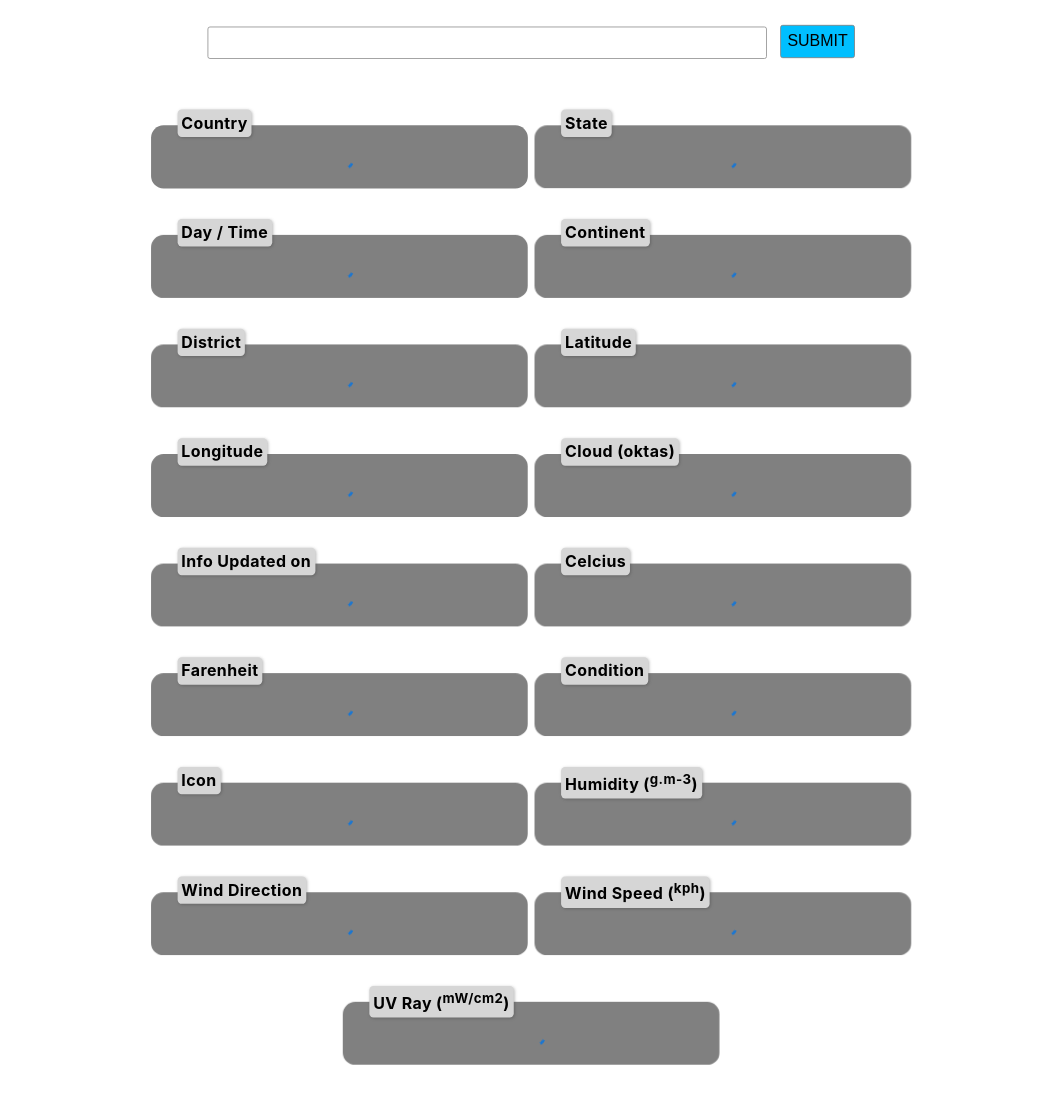
Repository: Imprasna/practising-API
Page: /
These files come from the project's save history. The page is drawn as it stood at one moment and after a run of saves; the edit follows.
The browser window is 1280 px wide. The pictures show the whole page, at 83% of full size.
The project was rebuilt for these pictures with package versions that can differ from the ones it lists, and the page was loaded fresh each time. Also part of the build but not shown: src/component/Country.js, src/component/Region.js, src/component/Time.js, src/component/Continent.js, src/component/District.js, src/component/Cloud.js, src/component/UpdatedWeather.js, src/component/Celcius.js and 9 more.

Above is the page before, as saved 2021-11-11 23:48:46.

### src/App.js
import './App.css';
import Get from './Get'

function App() {
  return (
    <div className="App">
      <Get />
    </div>
  );
}

export default App;

### src/Get.js
import React, { useState } from "react";
import axios from "axios";
// import moment from 'moment';
import Country from "./component/Country";
import Region from "./component/Region";
import Time from "./component/Time";
import Continent from "./component/Continent";
import District from "./component/District";
import Cloud from "./component/Cloud";
import UpdatedWeather from "./component/UpdatedWeather";
import Celcius from "./component/Celcius";
import Farenheit from "./component/Farenheit";
import Latitude from "./component/Latitude";
import Longitude from "./component/Longitude";
import Condition from "./component/Condition";
import Icon from "./component/Icon";
import Humidity from "./component/Humidity";
import WindDirection from "./component/WindDirection";
import WindSpeed from "./component/WindSpeed";
import Uv from "./component/Uv";
import "./component/style.css";
import CircularProgress from '@mui/material/CircularProgress';
import LinearProgress from '@mui/material/LinearProgress';



const Get = () => {
	const [getPost, setGetPost] = useState([]);
	const [loading, setLoading] = useState(false);
	const [values, setValues] = useState({ cities: "" });

	React.useEffect =
		(() => {
			getData();

			const CName = () => {
				setGetPost(getPost);
			};
			CName();
		},
		[]);

		const getData = async () =>
		{
		const city = values.cities;
		try {
			const res = await axios.get(
				`http://api.weatherapi.com/v1/current.json?key=b572a200fc624a6a85671436211310&q=${city}&aqi=yes`
			);
			// console.log(res.data.current);
			// console.log(res.data.location);
			setGetPost(res.data);
			setLoading(true);
			console.log(getPost);
			// console.log(res.data.current);
			// setGetPost({res});
		} catch (err) {
			console.log(err);
		}
	};
	console.log(getPost);

	const onChangeHandler = (e) => {
		const name = e.target.name;
		const value = e.target.value;

		// here values is the state name
		let inputValues = values;
		inputValues[name] = value;
		setValues({ ...inputValues });
	};

	return (
		<>
			<input
				className="search-box"
				type="text"
				value={values.cities}
				name="cities"
				onChange={(e) => onChangeHandler(e)}
			/>
			<button className="button" onClick={getData}>
				Submit
			</button>

			<div className="whole">
				<div className="Country">
					{loading ? (<Country CName={getPost} />) : (<CircularProgress />)}
					<h1>Country</h1>
				</div>

				<div className="region">
				{loading ? (<Region CName={getPost} />) : (<CircularProgress />) }
					<h1>State</h1>

				</div>

				<div className="time">
				{loading ? (<Time CName={getPost} />) : (<CircularProgress />) }
					<h1>Day / Time</h1>

				</div>

				<div className="continent">
				{loading ? (<Continent CName={getPost} />) : (<CircularProgress />) }
					<h1>Continent</h1>

				</div>

				<div className="district">
				{loading ? (<District CName={getPost} />) : (<CircularProgress />) }
					<h1>District</h1>

				</div>

				<div className="lat">
				{loading ? (<Latitude CName={getPost} />) : (<CircularProgress />) }
					<h1>Latitude</h1>

				</div>

				<div className="lon">
				{loading ? (<Longitude CName={getPost} />) : (<CircularProgress />) }
					<h1>Longitude</h1>

				</div>

				<div className="cloud">
				{loading ? (<Cloud CName={getPost} />) : (<CircularProgress />) }
					<h1>Cloud (oktas)</h1>

				</div>

				<div className="upt">
				{loading ? (<UpdatedWeather CName={getPost} />) : (<CircularProgress />) }
					<h1>Info Updated on</h1>

				</div>

				<div className="cel">
				{loading ? (<Celcius CName={getPost} />) : (<CircularProgress />) }
					<h1>Celcius</h1>

				</div>

				<div className="far">
				{loading ? (<Farenheit CName={getPost} />) : (<CircularProgress />) }
					<h1>Farenheit</h1>

				</div>

				<div className="cond">
				{loading ? (<Condition CName={getPost} />) : (<CircularProgress />) }
					<h1>Condition</h1>

				</div>

				<div className="icon">
				{loading ? (<Icon CName={getPost} />) : (<CircularProgress />) }
					<h1>Icon</h1>

				</div>

				<div className="hum">
				{loading ? (<Humidity CName={getPost} />) : (<CircularProgress />) }
					<h1>
						Humidity (<sup>g.m-3</sup>)
					</h1>

				</div>


				<div className="wd">
				{loading ? (<WindDirection CName={getPost} />) : (<CircularProgress />) }
					<h1>Wind Direction</h1>

				</div>

				<div className="ws">
				{loading ? (<WindSpeed CName={getPost} />) : (<CircularProgress />) }
					<h1>
						Wind Speed (<sup>kph</sup>)
					</h1>

				</div>

				<div className="uv">
				{loading ? (<Uv CName={getPost} />) : (<CircularProgress />) }
					<h1>
						UV Ray (<sup>mW/cm2</sup>)
					</h1>

				</div>
			</div>
		</>
	);
};

export default Get;

### src/component/style.css
.whole {
    width: 100%;
    height: 100%;
    display: flex;
    justify-content: center;
    align-items: center;
    flex-wrap: wrap;
    gap: .5rem;
    margin-bottom: 4rem;
}

.search-box {
    width: 50%;
    padding: .5rem 1rem;
    border-radius: 3px;
    border: 1px solid #929292;
    outline: none;
    font-size: 1rem;
    line-height: 1.3em;
    margin: 0 auto;
    margin-bottom: 2rem;
    margin-top: 2rem;
    margin-right: 1rem;
    text-transform: uppercase;
}

.button {
    padding: .5rem;
    outline: none;
    border: 1px solid gray;
    cursor: pointer;
    font-size: 1.2rem;
    text-transform: uppercase;
    border-radius: 3px;
    background: deepskyblue;
}

.Country {
    width: 33%;
    color: #fff;
    padding: 1rem;
    border-radius: 15px;
    background-color: gray;
    position: relative;
    font-size: 1.1rem;
    font-weight: 600;
    letter-spacing: .5px;
    margin-top: 3rem;
}

.Country > h1 {
    position: absolute;
    top: -2rem;
    left: 2rem;
    padding: .3rem;
    background-color: #d6d6d6;
    border-radius: 5px;
    font-size: 1.2rem;
    filter: drop-shadow(1px 1px 2px rgba(44, 44, 44, 0.342));
    color: #000;
}

.region {
    width: 33%;
    color: #fff;
    padding: 1rem;
    border-radius: 15px;
    background-color: gray;
    position: relative;
    font-size: 1.1rem;
    font-weight: 600;
    letter-spacing: .5px;
    margin-top: 3rem;
}

.region > h1 {
    position: absolute;
    top: -2rem;
    left: 2rem;
    padding: .3rem;
    background-color: #d6d6d6;
    border-radius: 5px;
    font-size: 1.2rem;
    filter: drop-shadow(1px 1px 2px rgba(44, 44, 44, 0.342));
    color: #000;
}

.time {
    width: 33%;
    color: #fff;
    padding: 1rem;
    border-radius: 15px;
    background-color: gray;
    position: relative;
    font-size: 1.1rem;
    font-weight: 600;
    letter-spacing: .5px;
    margin-top: 3rem;
}

.time > h1 {
    position: absolute;
    top: -2rem;
    left: 2rem;
    padding: .3rem;
    background-color: #d6d6d6;
    border-radius: 5px;
    font-size: 1.2rem;
    filter: drop-shadow(1px 1px 2px rgba(44, 44, 44, 0.342));
    color: #000;
}

.continent {
    width: 33%;
    color: #fff;
    padding: 1rem;
    border-radius: 15px;
    background-color: gray;
    position: relative;
    font-size: 1.1rem;
    font-weight: 600;
    letter-spacing: .5px;
    margin-top: 3rem;
}

.continent > h1 {
    position: absolute;
    top: -2rem;
    left: 2rem;
    padding: .3rem;
    background-color: #d6d6d6;
    border-radius: 5px;
    font-size: 1.2rem;
    filter: drop-shadow(1px 1px 2px rgba(44, 44, 44, 0.342));
    color: #000;
}

.district {
    width: 33%;
    color: #fff;
    padding: 1rem;
    border-radius: 15px;
    background-color: gray;
    position: relative;
    font-size: 1.1rem;
    font-weight: 600;
    letter-spacing: .5px;
    margin-top: 3rem;
}

.district > h1 {
    position: absolute;
    top: -2rem;
    left: 2rem;
    padding: .3rem;
    background-color: #d6d6d6;
    border-radius: 5px;
    font-size: 1.2rem;
    filter: drop-shadow(1px 1px 2px rgba(44, 44, 44, 0.342));
    color: #000;
}

.lat {
    width: 33%;
    color: #fff;
    padding: 1rem;
    border-radius: 15px;
    background-color: gray;
    position: relative;
    font-size: 1.1rem;
    font-weight: 600;
    letter-spacing: .5px;
    margin-top: 3rem;
}

.lat > h1 {
    position: absolute;
    top: -2rem;
    left: 2rem;
    padding: .3rem;
    background-color: #d6d6d6;
    border-radius: 5px;
    font-size: 1.2rem;
    filter: drop-shadow(1px 1px 2px rgba(44, 44, 44, 0.342));
    color: #000;
}

.lon {
    width: 33%;
    color: #fff;
    padding: 1rem;
    border-radius: 15px;
    background-color: gray;
    position: relative;
    font-size: 1.1rem;
    font-weight: 600;
    letter-spacing: .5px;
    margin-top: 3rem;
}

.lon > h1 {
    position: absolute;
    top: -2rem;
    left: 2rem;
    padding: .3rem;
    background-color: #d6d6d6;
    border-radius: 5px;
    font-size: 1.2rem;
    filter: drop-shadow(1px 1px 2px rgba(44, 44, 44, 0.342));
    color: #000;
}

.cloud {
    width: 33%;
    color: #fff;
    padding: 1rem;
    border-radius: 15px;
    background-color: gray;
    position: relative;
    font-size: 1.1rem;
    font-weight: 600;
    letter-spacing: .5px;
    margin-top: 3rem;
}

.cloud > h1 {
    position: absolute;
    top: -2rem;
    left: 2rem;
    padding: .3rem;
    background-color: #d6d6d6;
    border-radius: 5px;
    font-size: 1.2rem;
    filter: drop-shadow(1px 1px 2px rgba(44, 44, 44, 0.342));
    color: #000;
}

.upt {
    width: 33%;
    color: #fff;
    padding: 1rem;
    border-radius: 15px;
    background-color: gray;
    position: relative;
    font-size: 1.1rem;
    font-weight: 600;
    letter-spacing: .5px;
    margin-top: 3rem;
}

.upt > h1 {
    position: absolute;
    top: -2rem;
    left: 2rem;
    padding: .3rem;
    background-color: #d6d6d6;
    border-radius: 5px;
    font-size: 1.2rem;
    filter: drop-shadow(1px 1px 2px rgba(44, 44, 44, 0.342));
    color: #000;
}

.cel {
    width: 33%;
    color: #fff;
    padding: 1rem;
    border-radius: 15px;
    background-color: gray;
    position: relative;
    font-size: 1.1rem;
    font-weight: 600;
    letter-spacing: .5px;
    margin-top: 3rem;
}

.cel > h1 {
    position: absolute;
    top: -2rem;
    left: 2rem;
    padding: .3rem;
    background-color: #d6d6d6;
    border-radius: 5px;
    font-size: 1.2rem;
    filter: drop-shadow(1px 1px 2px rgba(44, 44, 44, 0.342));
    color: #000;
}

.far {
    width: 33%;
    color: #fff;
    padding: 1rem;
    border-radius: 15px;
    background-color: gray;
    position: relative;
    font-size: 1.1rem;
    font-weight: 600;
    letter-spacing: .5px;
    margin-top: 3rem;
}

.far > h1 {
    position: absolute;
    top: -2rem;
    left: 2rem;
    padding: .3rem;
    background-color: #d6d6d6;
    border-radius: 5px;
    font-size: 1.2rem;
    filter: drop-shadow(1px 1px 2px rgba(44, 44, 44, 0.342));
    color: #000;
}

.cond {
    width: 33%;
    color: #fff;
    padding: 1rem;
    border-radius: 15px;
    background-color: gray;
    position: relative;
    font-size: 1.1rem;
    font-weight: 600;
    letter-spacing: .5px;
    margin-top: 3rem;
}

.cond > h1 {
    position: absolute;
    top: -2rem;
    left: 2rem;
    padding: .3rem;
    background-color: #d6d6d6;
    border-radius: 5px;
    font-size: 1.2rem;
    filter: drop-shadow(1px 1px 2px rgba(44, 44, 44, 0.342));
    color: #000;
}


.icon {
    width: 33%;
    color: #fff;
    padding: 1rem;
    border-radius: 15px;
    background-color: gray;
    position: relative;
    font-size: 1.1rem;
    font-weight: 600;
    letter-spacing: .5px;
    margin-top: 3rem;
}

.icon > h1 {
    position: absolute;
    top: -2rem;
    left: 2rem;
    padding: .3rem;
    background-color: #d6d6d6;
    border-radius: 5px;
    font-size: 1.2rem;
    filter: drop-shadow(1px 1px 2px rgba(44, 44, 44, 0.342));
    color: #000;
}

.hum {
    width: 33%;
    color: #fff;
    padding: 1rem;
    border-radius: 15px;
    background-color: gray;
    position: relative;
    font-size: 1.1rem;
    font-weight: 600;
    letter-spacing: .5px;
    margin-top: 3rem;
}

.hum > h1 {
    position: absolute;
    top: -2rem;
    left: 2rem;
    padding: .3rem;
    background-color: #d6d6d6;
    border-radius: 5px;
    font-size: 1.2rem;
    filter: drop-shadow(1px 1px 2px rgba(44, 44, 44, 0.342));
    color: #000;
}

.wd {
    width: 33%;
    color: #fff;
    padding: 1rem;
    border-radius: 15px;
    background-color: gray;
    position: relative;
    font-size: 1.1rem;
    font-weight: 600;
    letter-spacing: .5px;
    margin-top: 3rem;
}

.wd > h1 {
    position: absolute;
    top: -2rem;
    left: 2rem;
    padding: .3rem;
    background-color: #d6d6d6;
    border-radius: 5px;
    font-size: 1.2rem;
    filter: drop-shadow(1px 1px 2px rgba(44, 44, 44, 0.342));
    color: #000;
}

.ws {
    width: 33%;
    color: #fff;
    padding: 1rem;
    border-radius: 15px;
    background-color: gray;
    position: relative;
    font-size: 1.1rem;
    font-weight: 600;
    letter-spacing: .5px;
    margin-top: 3rem;
}

.ws > h1 {
    position: absolute;
    top: -2rem;
    left: 2rem;
    padding: .3rem;
    background-color: #d6d6d6;
    border-radius: 5px;
    font-size: 1.2rem;
    filter: drop-shadow(1px 1px 2px rgba(44, 44, 44, 0.342));
    color: #000;
}

.uv {
    width: 33%;
    color: #fff;
    padding: 1rem;
    border-radius: 15px;
    background-color: gray;
    position: relative;
    font-size: 1.1rem;
    font-weight: 600;
    letter-spacing: .5px;
    margin-top: 3rem;
}

.uv > h1 {
    position: absolute;
    top: -2rem;
    left: 2rem;
    padding: .3rem;
    background-color: #d6d6d6;
    border-radius: 5px;
    font-size: 1.2rem;
    filter: drop-shadow(1px 1px 2px rgba(44, 44, 44, 0.342));
    color: #000;
}

Loaded but not shown: public/index.html (common file); src/index.js (common file); src/index.css (common file); src/App.css (common file)

After the next 2 saves:
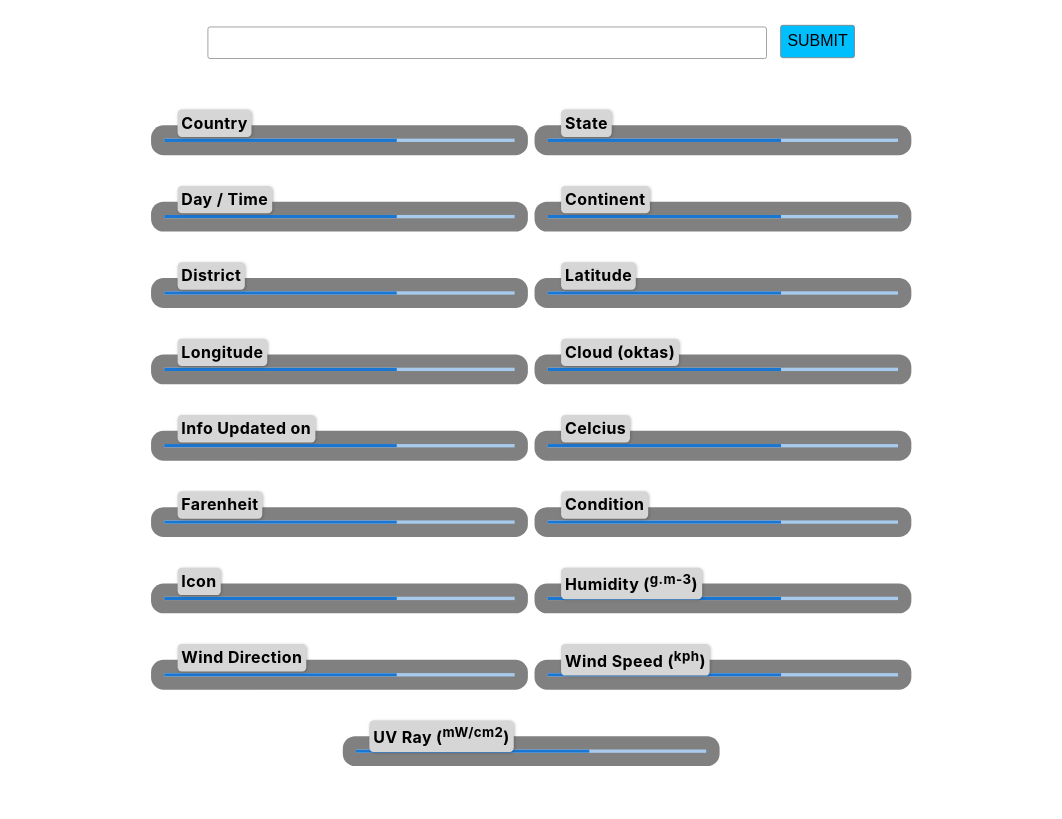
The 2 saves are shown as one change because 1 did not build or start.
The last was saved 24 s later.
--- a/src/Get.js
+++ b/src/Get.js
@@ -19,7 +19,7 @@ import WindDirection from "./component/WindDirection";
 import WindSpeed from "./component/WindSpeed";
 import Uv from "./component/Uv";
 import "./component/style.css";
-import CircularProgress from '@mui/material/CircularProgress';
+// import CircularProgress from '@mui/material/CircularProgress';
 import LinearProgress from '@mui/material/LinearProgress';
 
 
@@ -85,84 +85,84 @@ const Get = () => {
 
 			<div className="whole">
 				<div className="Country">
-					{loading ? (<Country CName={getPost} />) : (<CircularProgress />)}
+					{loading ? (<Country CName={getPost} />) : (<LinearProgress />)}
 					<h1>Country</h1>
 				</div>
 
 				<div className="region">
-				{loading ? (<Region CName={getPost} />) : (<CircularProgress />) }
+				{loading ? (<Region CName={getPost} />) : (<LinearProgress />) }
 					<h1>State</h1>
 
 				</div>
 
 				<div className="time">
-				{loading ? (<Time CName={getPost} />) : (<CircularProgress />) }
+				{loading ? (<Time CName={getPost} />) : (<LinearProgress />) }
 					<h1>Day / Time</h1>
 
 				</div>
 
 				<div className="continent">
-				{loading ? (<Continent CName={getPost} />) : (<CircularProgress />) }
+				{loading ? (<Continent CName={getPost} />) : (<LinearProgress />) }
 					<h1>Continent</h1>
 
 				</div>
 
 				<div className="district">
-				{loading ? (<District CName={getPost} />) : (<CircularProgress />) }
+				{loading ? (<District CName={getPost} />) : (<LinearProgress />) }
 					<h1>District</h1>
 
 				</div>
 
 				<div className="lat">
-				{loading ? (<Latitude CName={getPost} />) : (<CircularProgress />) }
+				{loading ? (<Latitude CName={getPost} />) : (<LinearProgress />) }
 					<h1>Latitude</h1>
 
 				</div>
 
 				<div className="lon">
-				{loading ? (<Longitude CName={getPost} />) : (<CircularProgress />) }
+				{loading ? (<Longitude CName={getPost} />) : (<LinearProgress />) }
 					<h1>Longitude</h1>
 
 				</div>
 
 				<div className="cloud">
-				{loading ? (<Cloud CName={getPost} />) : (<CircularProgress />) }
+				{loading ? (<Cloud CName={getPost} />) : (<LinearProgress />) }
 					<h1>Cloud (oktas)</h1>
 
 				</div>
 
 				<div className="upt">
-				{loading ? (<UpdatedWeather CName={getPost} />) : (<CircularProgress />) }
+				{loading ? (<UpdatedWeather CName={getPost} />) : (<LinearProgress />) }
 					<h1>Info Updated on</h1>
 
 				</div>
 
 				<div className="cel">
-				{loading ? (<Celcius CName={getPost} />) : (<CircularProgress />) }
+				{loading ? (<Celcius CName={getPost} />) : (<LinearProgress />) }
 					<h1>Celcius</h1>
 
 				</div>
 
 				<div className="far">
-				{loading ? (<Farenheit CName={getPost} />) : (<CircularProgress />) }
+				{loading ? (<Farenheit CName={getPost} />) : (<LinearProgress />) }
 					<h1>Farenheit</h1>
 
 				</div>
 
 				<div className="cond">
-				{loading ? (<Condition CName={getPost} />) : (<CircularProgress />) }
+				{loading ? (<Condition CName={getPost} />) : (<LinearProgress />) }
 					<h1>Condition</h1>
 
 				</div>
 
 				<div className="icon">
-				{loading ? (<Icon CName={getPost} />) : (<CircularProgress />) }
+				{loading ? (<Icon CName={getPost} />) : (<LinearProgress />) }
 					<h1>Icon</h1>
 
 				</div>
 
 				<div className="hum">
-				{loading ? (<Humidity CName={getPost} />) : (<CircularProgress />) }
+				{loading ? (<Humidity CName={getPost} />) : (<LinearProgress />) }
 					<h1>
 						Humidity (<sup>g.m-3</sup>)
 					</h1>
@@ -171,13 +171,13 @@ const Get = () => {
 
 
 				<div className="wd">
-				{loading ? (<WindDirection CName={getPost} />) : (<CircularProgress />) }
+				{loading ? (<WindDirection CName={getPost} />) : (<LinearProgress />) }
 					<h1>Wind Direction</h1>
 
 				</div>
 
 				<div className="ws">
-				{loading ? (<WindSpeed CName={getPost} />) : (<CircularProgress />) }
+				{loading ? (<WindSpeed CName={getPost} />) : (<LinearProgress />) }
 					<h1>
 						Wind Speed (<sup>kph</sup>)
 					</h1>
@@ -185,7 +185,7 @@ const Get = () => {
 				</div>
 
 				<div className="uv">
-				{loading ? (<Uv CName={getPost} />) : (<CircularProgress />) }
+				{loading ? (<Uv CName={getPost} />) : (<LinearProgress />) }
 					<h1>
 						UV Ray (<sup>mW/cm2</sup>)
 					</h1>
